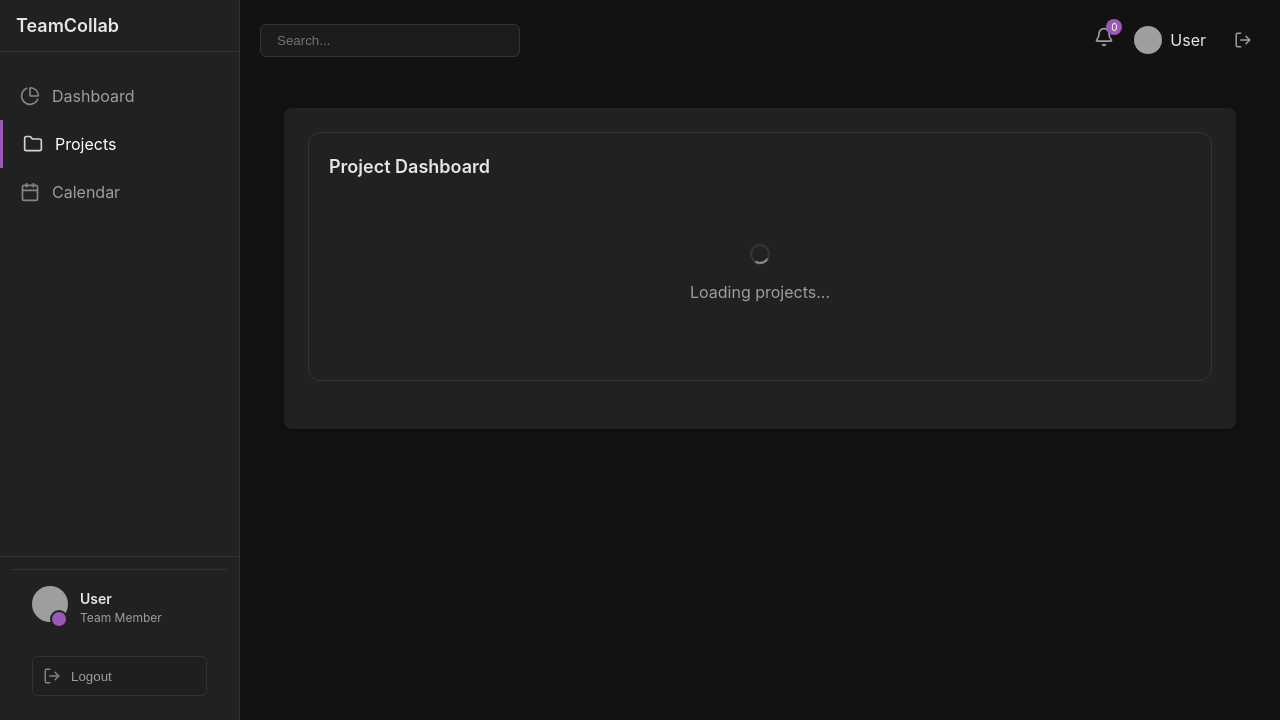
Repository: AnooshaaAli/TaskManagementAndTeamCollaborationTool
Page: /projects (app in frontend/)
These files come from the project's save history. The page is drawn as it stood at one moment and after the next save; the edit follows.
The browser window is 1280 px wide. The pictures show the whole page.
Pictures or frames that could not be fetched are drawn as grey boxes. The page's requests for data from a server got no answer. The project was rebuilt for these pictures with package versions that can differ from the ones it lists, and the page was loaded fresh each time. No one was signed in, and anything a server would have sent is missing. Also part of the build but not shown: frontend/src/App.css, frontend/src/components/Button.jsx, frontend/src/components/Input.jsx, frontend/src/components/Rope.jsx, frontend/src/styles/logo.css, frontend/src/components/Logo.jsx, frontend/src/pages/LoginPage.jsx, frontend/src/pages/RegisterPage.jsx and 29 more.

Above is the page before, as saved 2025-04-27 23:50:08.

After the next save:
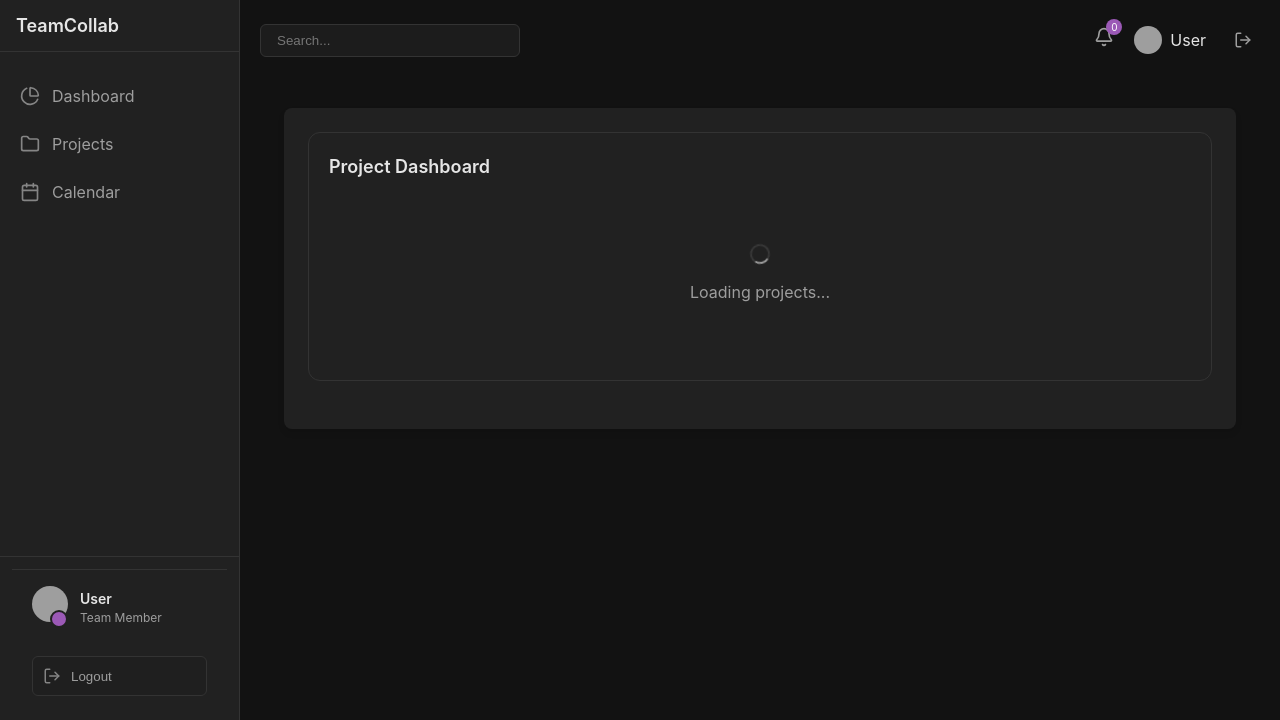
Saved 76 s later.
--- a/frontend/src/pages/ProjectsPage.jsx
+++ b/frontend/src/pages/ProjectsPage.jsx
@@ -72,10 +72,7 @@
               <PieChart size={20} className="nav-icon" />
               <span>Dashboard</span>
             </li>
-            <li
-              className={activeSidebarItem === 'projects' ? 'active' : ''}
-              style={{ cursor: 'pointer' }}
-            >
+            <li onClick={() => handleNavigation('/dashboard')}>
               <Folder size={20} className="nav-icon" />
               <span>Projects</span>
             </li>

After the 2 saves that followed:
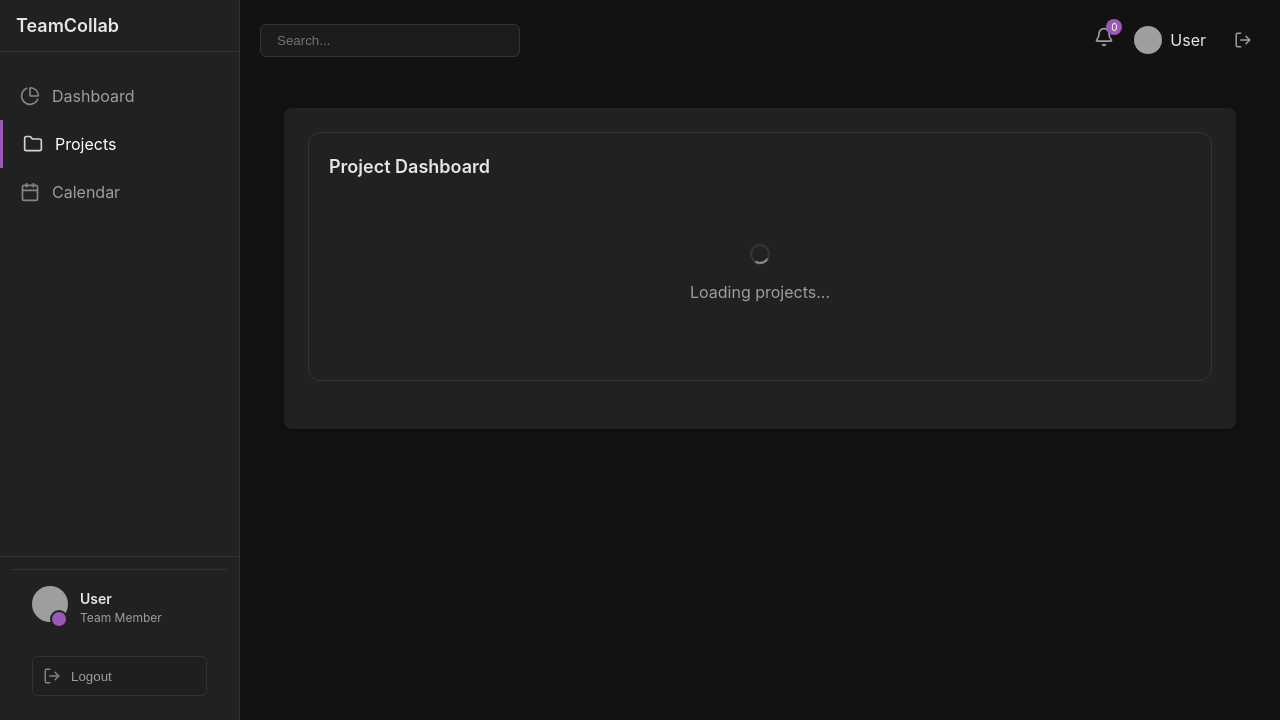
The 2 saves are shown as one change because 1 left the picture as it was.
The last was saved 95 s later.
--- a/frontend/src/pages/ProjectsPage.jsx
+++ b/frontend/src/pages/ProjectsPage.jsx
@@ -72,7 +72,10 @@
               <PieChart size={20} className="nav-icon" />
               <span>Dashboard</span>
             </li>
-            <li onClick={() => handleNavigation('/dashboard')}>
+            <li
+              className={activeSidebarItem === 'projects' ? 'active' : ''}
+              style={{ cursor: 'pointer' }}
+            >
               <Folder size={20} className="nav-icon" />
               <span>Projects</span>
             </li>
